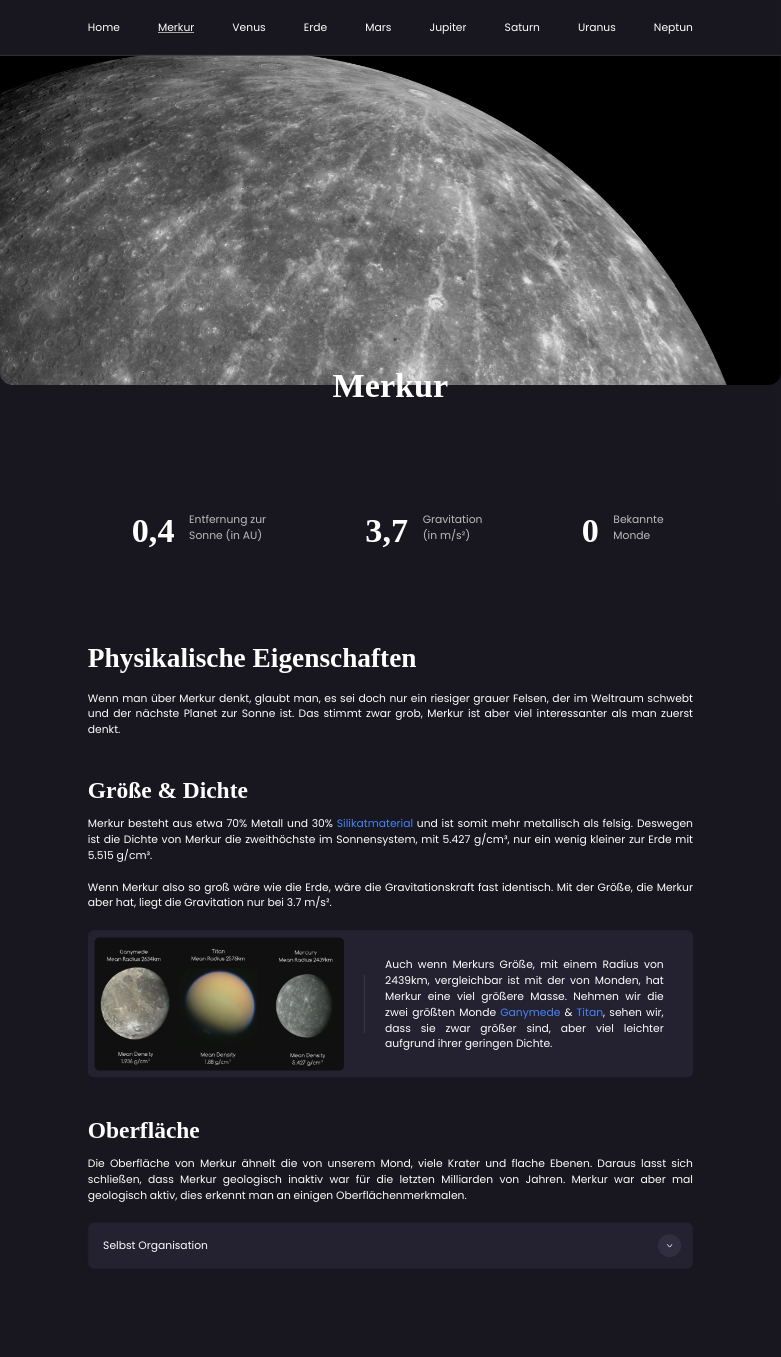
Repository: moreno-livak/solar
Page: dist/html/merkur.html
An editor plug-in stored every save of this project. The page is shown before and after the next save, followed by the edit.
The browser window is 1280 px wide. The pictures show the whole page, at 61% of full size.
The style sheet was rebuilt from its Sass, Less or Tailwind sources for each picture, by a compiler version that may differ from the author's.

Above is the page before, as saved 2022-05-07 13:19:36.
Console error: TypeError: Cannot read properties of null (reading 'querySelectorAll')

After the next save:
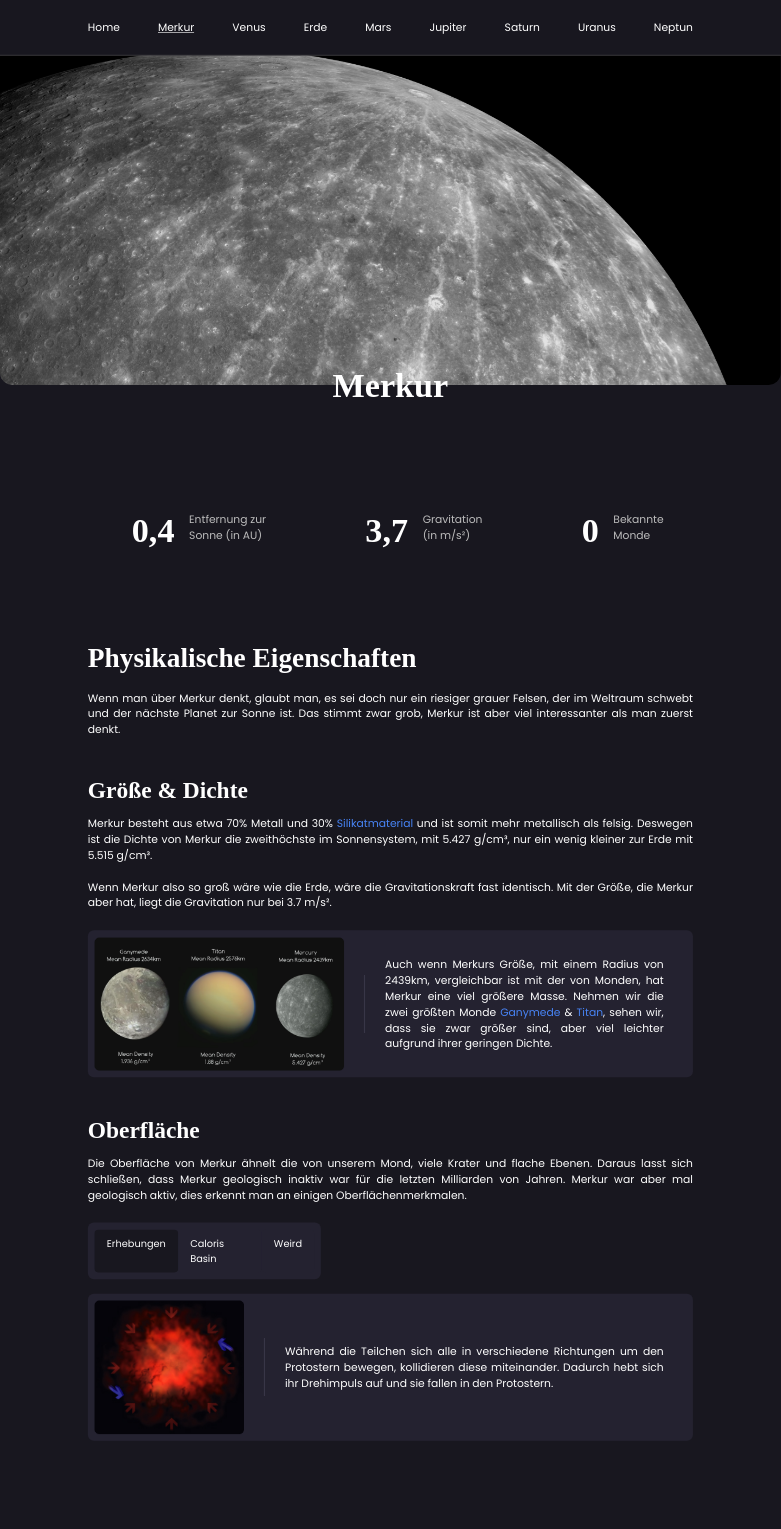
The error is gone.
Saved 2 min 14 s later.
--- a/dist/html/merkur.html
+++ b/dist/html/merkur.html
@@ -111,15 +111,41 @@
         Oberflächenmerkmalen.
       </p>
 
-      <div class="dropdown">
-        <div class="trigger">Selbst Organisation</div>
-        <div class="content">
-          <p>Als immer mehr Asteroiden, Kometen und Staub ihr Zuhause auf den
-          Planten oder der Sonne durch Aufprall fanden, passierten immer weniger
-          Kollisionen. Durch die Krater auf z.B. unserem Mond, kann man sehen wie
-          oft die Objekte des jungen Sonnensystems bombadiert wurden bis all das
-          Material sich organisiert hat und ein Zuhause gefunden hat.</p>
+      <div class="tabs">
+
+        <div class="struggle">
+            <ul>
+                <li class="trigger active" data-target="#about">Erhebungen</li>
+                <li class="trigger" data-target="#delivery">Caloris Basin</li>
+                <li class="trigger" data-target="#returns">Weird</li>
+              </ul>
         </div>
+
+        <div id="about" class="content active">
+            <img src="assets/stadium1.png" alt="Jupiter-Ebene-Beispiel">
+            <div class="vl"></div>
+            <p>Während die Teilchen sich alle in verschiedene Richtungen um den
+            Protostern bewegen, kollidieren diese miteinander. Dadurch hebt sich
+            ihr Drehimpuls auf und sie fallen in den Protostern.</p>
+        </div>
+
+        <div id="delivery" class="content">
+            <img src="assets/stadium2.png" alt="Jupiter-Ebene-Beispiel">
+            <div class="vl"></div>
+            <p>Teilchen werden also entweder aufgesaugt weil ihr Drehimpuls durch
+            kollideren aufgehoben wurde oder bewegen sich einfach weil diese nicht
+            kollidiert sind. Die dominate Bewegungrichtung, die Richtung mit der
+            sich am Anfang die meisten Teilchen bewegt haben, bleibt somit bestehen.</p>
+        </div>
+
+        <div id="returns" class="content">
+            <img src="assets/stadium3.png" alt="Jupiter-Ebene-Beispiel">
+            <div class="vl"></div>
+            <p>Mit genügend Zeit ensteht aus dem durchsetzten der dominanten
+            Bewegungsrichtung eine Scheibe, auch Protoplanetare
+            Scheibe genannt.</p>
+        </div>
+
     </div>
 
   </section>
